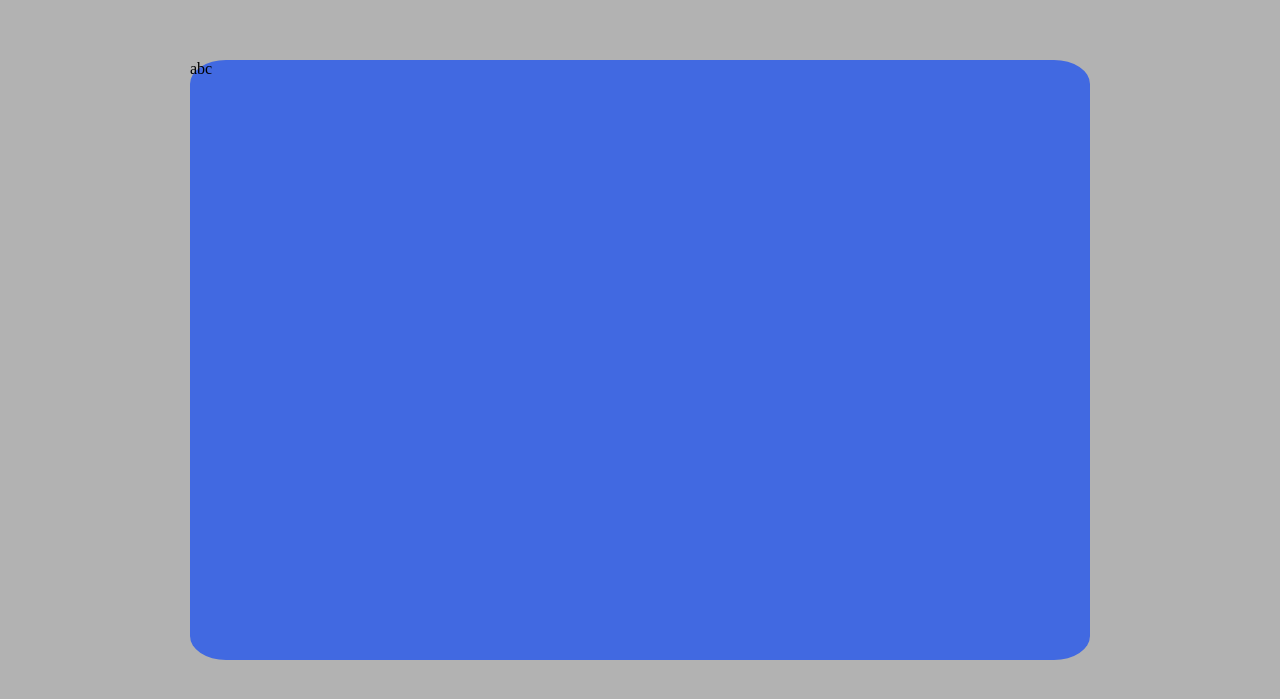
Repository: devix2107/thanhvia8.github.io
Page: background/index.html
An editor plug-in stored every save of this project. The page is shown before and after the next save, followed by the edit.
The browser window is 1280 px wide. The pictures show the whole page.

Above is the page before, as saved 2021-11-13 16:45:14.

### background/index.html
<!DOCTYPE html>
<html lang="en">
  <head>
    <meta charset="UTF-8" />
    <meta http-equiv="X-UA-Compatible" content="IE=edge" />
    <meta name="viewport" content="width=device-width, initial-scale=1.0" />
    <title>Document</title>
    <link rel="stylesheet" href="./main.css" />
  </head>
  <body>
    <div class="theme">
      <header class="theme-container">abc</header>
    </div>
  </body>
</html>

### background/main.css
* {
  padding: 0;
  margin: 0;
  box-sizing: border-box;
}

.theme {
  position: fixed;
  top: 0;
  bottom: 0;
  right: 0;
  left: 0;
  background: rgba(0, 0, 0, 0.3);
  display: flex;
  align-items: center;
  justify-content: center;
}

.theme-container {
  background-color: royalblue;
  width: 900px;
  min-height: 600px;
  border-radius: 4%;
}

After the next save:
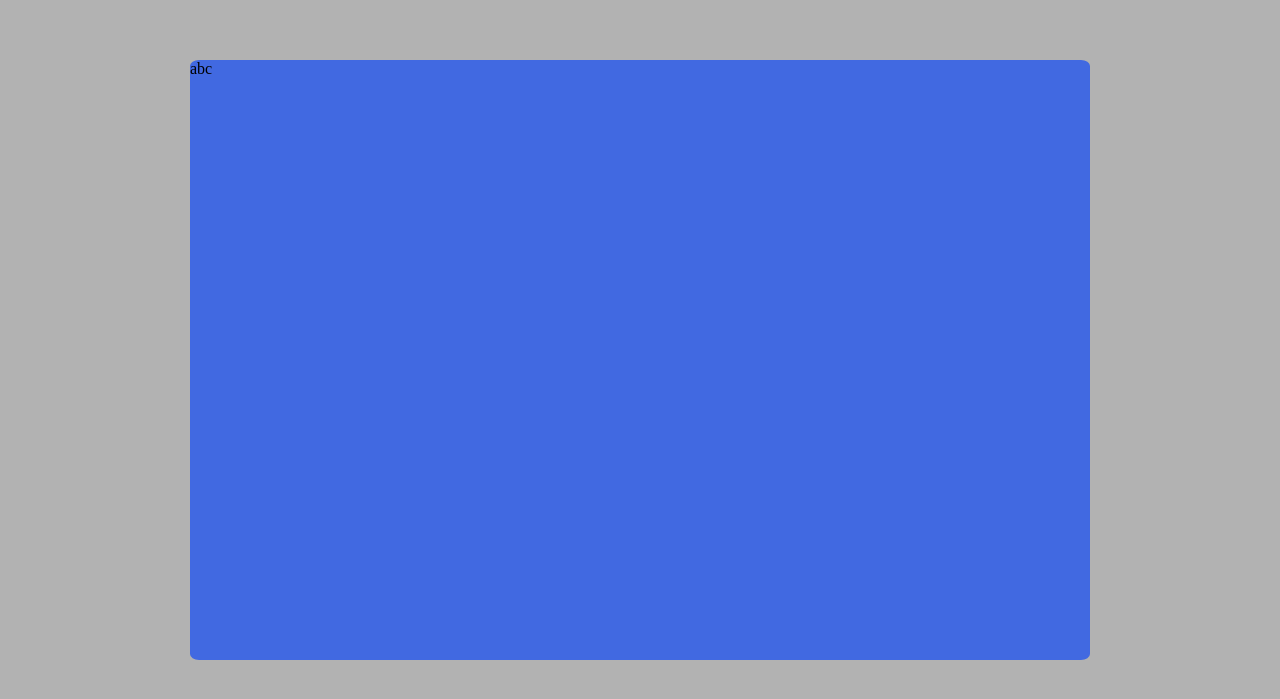
Saved 14 s later.
--- a/background/main.css
+++ b/background/main.css
@@ -20,5 +20,5 @@
   background-color: royalblue;
   width: 900px;
   min-height: 600px;
-  border-radius: 4%;
+  border-radius: 1%;
 }
